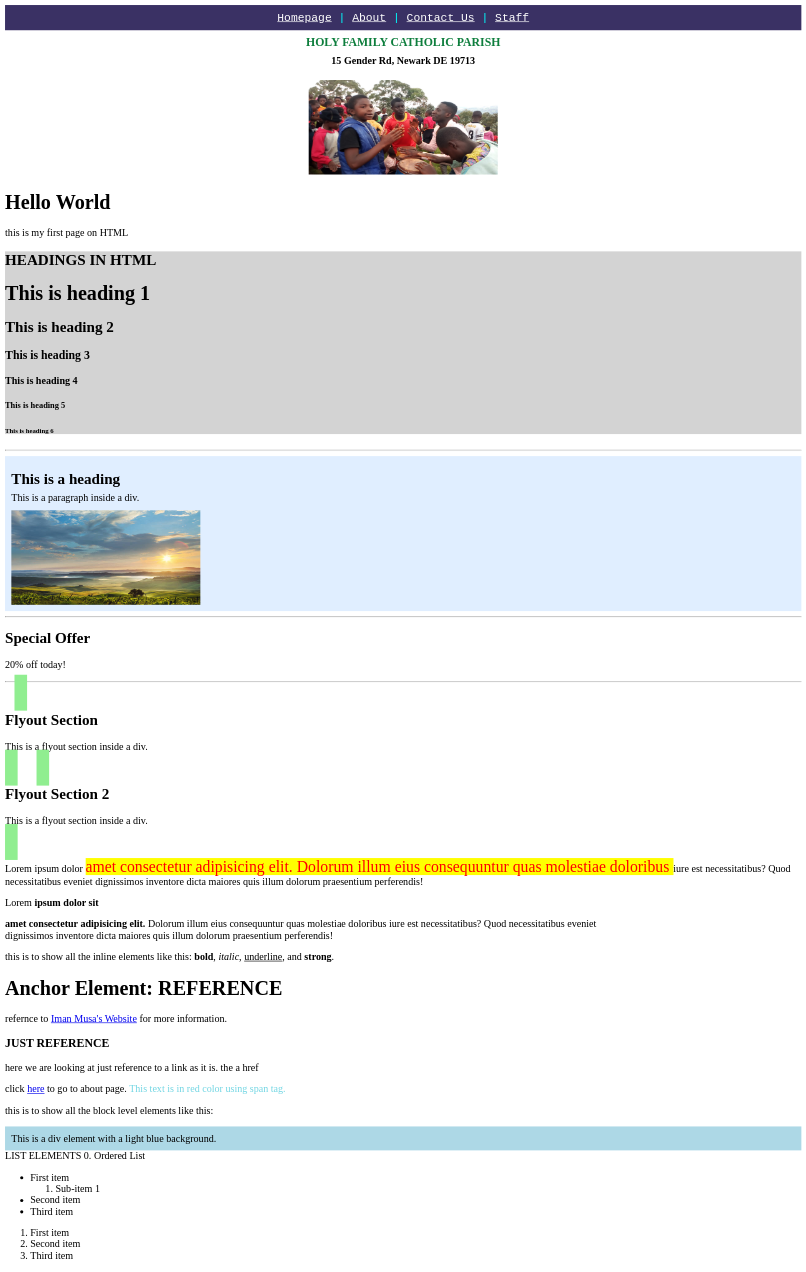
Repository: ficotims/HTML-RESTART
Page: Homepage.html
The author's editor kept a copy of each file at every save. The page is drawn from the files as they stood at one save, then again after the next save.
The browser window is 1280 px wide. The pictures show the whole page, at 63% of full size.

Above is the page before, as saved 2026-02-10 13:30:25.

### Homepage.html
<!doctype html>
<html lang="en">
  <head>
    <meta charset="UTF-8" />
    <meta name="viewport" content="width=device-width, initial-scale=1.0" />
    <title>HTML Crash course with Iman Musa</title>
    <link rel="stylesheet" href="Style 1.css"/>
  </head>
  <body>

    <!-- NAVIGATION SECTION -->
        <div style="background-color: rgb(58, 49, 100); padding: 10px; text-align: center; color: aqua; font-size: 18px; font-family: monospace, Lemon milk;">
    <a href="Homepage.html" target="_top" style="color: white;">Homepage</a> |
    <a href="about.html" style="color: white;">About</a> | <a href="Contact us.html" style="color: white;">Contact Us</a> |
    <a href="staff.html" style="color: white;">Staff</a>
     </div>

 <div style="text-align: center;">
    <h3><span style="color: rgb(14, 126, 61);"><div style="line-height: 0;">HOLY FAMILY CATHOLIC PARISH</b></span></h3>
    <H4>15 Gender Rd, Newark DE 19713</H4>
    <img
        src="images/Acension.jpg"
        alt="Catholic Church Logo"
        width="300"
        height="150"
      />
      </div>

    <h1>Hello World</h1>
    <p>this is my first page on HTML</p>
    <!-- this is a comment and will not appear on the screen/ page -->
    <!-- let us introduce the headings -->
    <div style="background-color: lightgray; padding: px; text-align: left">
      <h2>HEADINGS IN HTML</h2>
    <h1>This is heading 1</h1>
    <h2>This is heading 2</h2>
    <h3>This is heading 3</h3>
    <h4>This is heading 4</h4>
    <h5>This is heading 5</h5>
    <h6>This is heading 6</h6>
    </div>

    <!-- here we are starting off LEARNING HOW TO USE THE <div> TAG -->
 <hr>
      <div style="background-color: rgb(224, 238, 255); padding: 10px; text-align: left; line-height: 0.5;">
  <h2>This is a heading</h2>
  <p>This is a paragraph inside a div.</p>
  <img src="images/landscape.jpg" alt="Landscape" width="300"
        height="150" />
</div>
<hr>
<div class="highlight-box">
  <h2>Special Offer</h2>
  <p>20% off today!</p>
</div>
<hr>

  <span class="flyout">
    <h2>Flyout Section</h2>
    <p>This is a flyout section inside a div.</p>
  </span>

 <span class="flyout">
    <h2>Flyout Section 2</h2>
    <p>This is a flyout section inside a div.</p>
  </span>

    <!-- thi is for paragraphs now -->
    <p>
      Lorem ipsum dolor <span class="body1">amet consectetur adipisicing elit. Dolorum illum
      eius consequuntur quas molestiae doloribus </span> iure est necessitatibus? Quod
      necessitatibus eveniet dignissimos inventore dicta maiores quis illum
      dolorum praesentium perferendis!
    </p>

    <p>
      Lorem <b>ipsum dolor sit <div>amet consectetur adipisicing elit.</b> Dolorum
      illum eius consequuntur quas molestiae doloribus iure est necessitatibus?
      Quod necessitatibus eveniet </div>dignissimos inventore dicta maiores quis illum
      dolorum praesentium perferendis!
    </p>


    <!-- this is for inline leve elements -->

    <p>
      this is to show all the inline elements like this: <b>bold</b>,
      <i>italic</i>, <u>underline</u>, and <strong>strong</strong>.
      <br />

      <!-- using the other inline elements: Anchor Elements (which are just links) -->
    </p>
    <h1>Anchor Element: REFERENCE</h1>
    refernce to
    <a href="https://www.google.com" target="_blank">Iman Musa's Website</a> for
    more information.
    <h3>JUST REFERENCE</h3>
    <p>here we are looking at just reference to a link as it is. the a href</p>
    click <a href="about.html" target="_blank">here</a> to go to about page.

    <!-- SPAN ELEMENT -->
    <span style="color: rgba(31, 190, 211, 0.63)">This text is in red color using span tag.</span>
    <p>
      <!-- now let us introduce the block level elements -->
      this is to show all the block level elements like this:
    </p>

    <div style="background-color: lightblue; padding: 10px">
      This is a div element with a light blue background.
    </div>

    <!-- this is LIST -->
<hi2>LIST ELEMENTS</h2>

    0. Ordered List

    <ul>
      <li>First item</li>
      <ol><li>Sub-item 1</li></ol>
      <li>Second item</li>
      <li>Third item</li>
    </ul>

    <ol>
      <li>First item</li>
      <li>Second item</li>
      <li>Third item</li>
    </ol>
  </body>
</html>

### Style 1.css
.body1 {
    color: red;
    background-color: yellow;
    font-size: 25px;
}

.flyout {
    border: none;
    background-color: lightgreen;
    color: rgb(0, 0, 0);
    padding: 20px;
    margin: 15px;
    height: 250px;
    width: 200px;
}

After the next save:
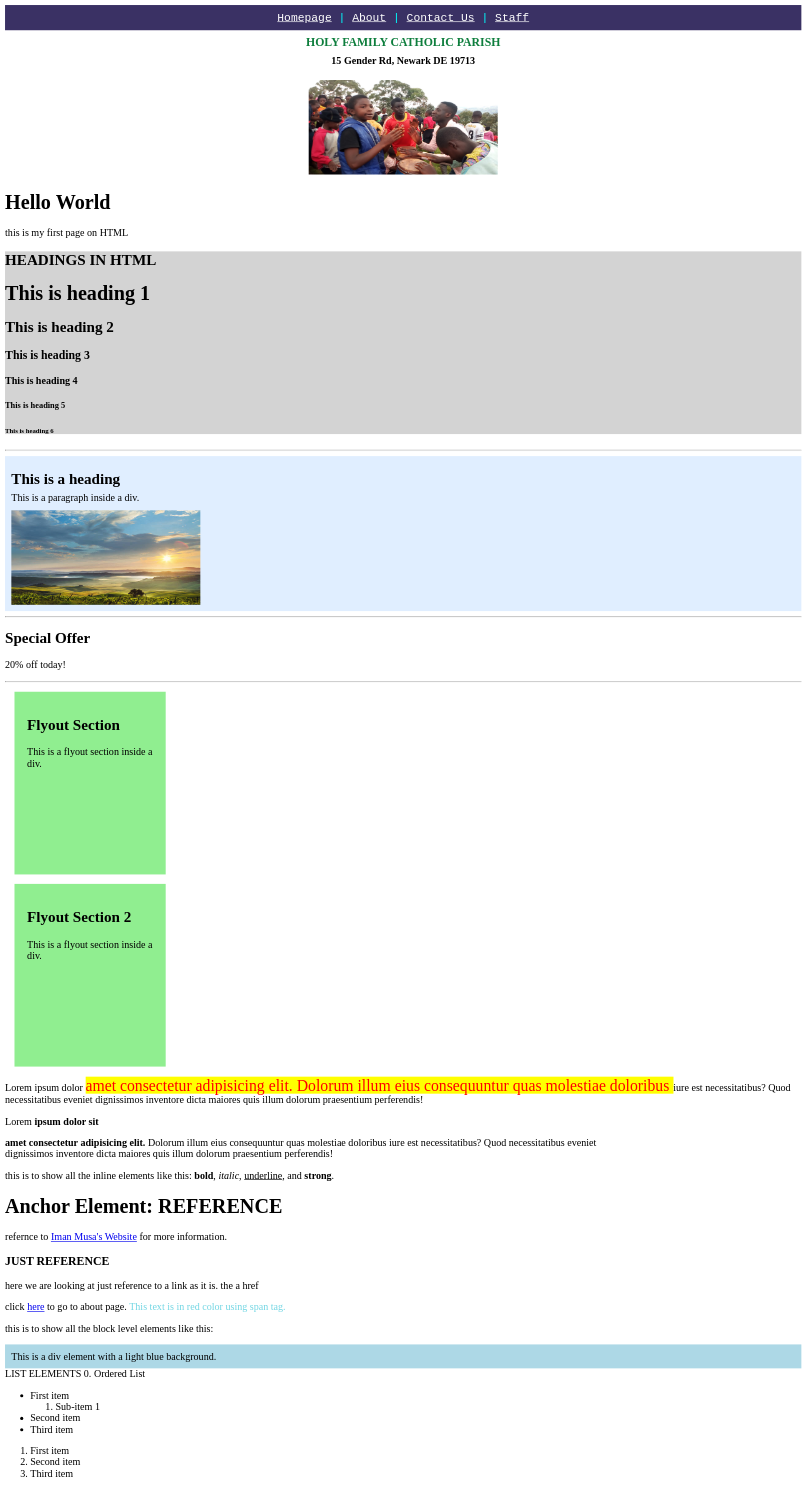
Saved 19 s later.
--- a/Homepage.html
+++ b/Homepage.html
@@ -55,15 +55,15 @@
 </div>
 <hr>
 
-  <span class="flyout">
+  <div class="flyout">
     <h2>Flyout Section</h2>
     <p>This is a flyout section inside a div.</p>
-  </span>
+  </div>
 
- <span class="flyout">
+ <div class="flyout">
     <h2>Flyout Section 2</h2>
     <p>This is a flyout section inside a div.</p>
-  </span>
+  </div>
 
     <!-- thi is for paragraphs now -->
     <p>
